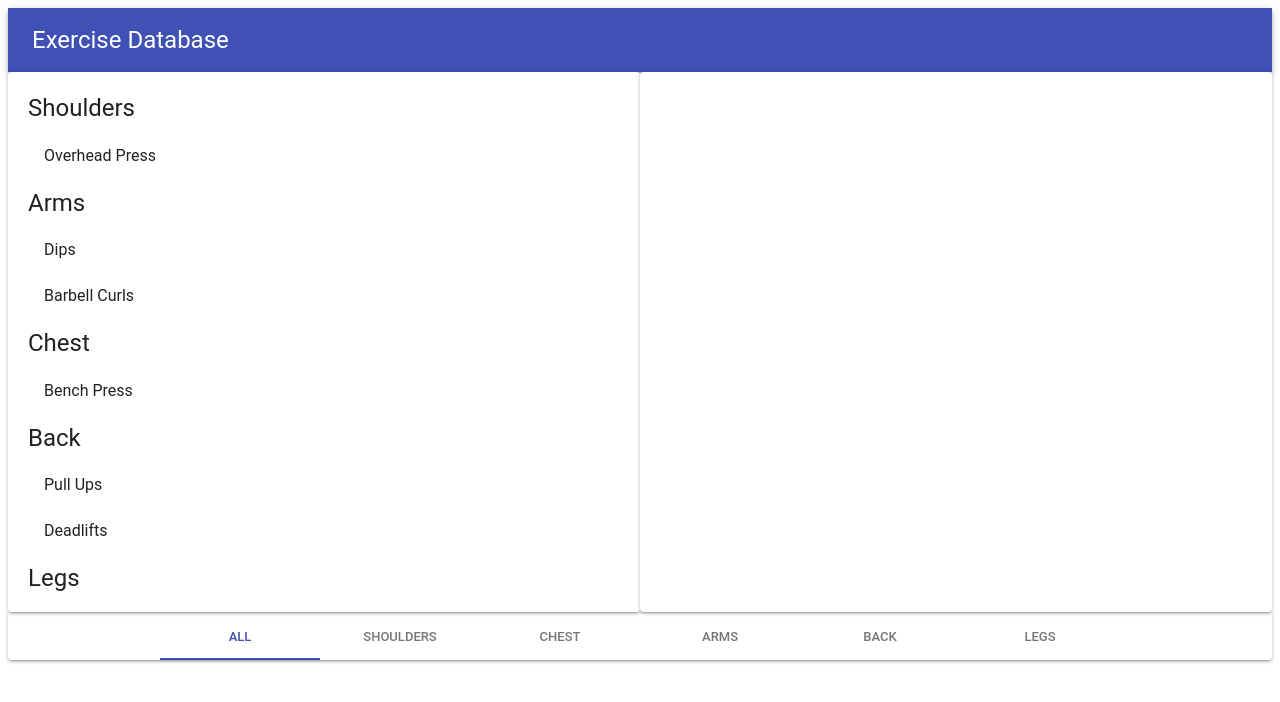
Repository: Votex874/material-ui
Page: /
The author's editor kept a copy of each file at every save. The page is drawn from the files as they stood at one save, then again after the next save.
The browser window is 1280 px wide. The pictures show the whole page.
An inner scrolling area shows only its first screen. The project was rebuilt for these pictures with package versions that can differ from the ones it lists, and the page was loaded fresh each time.

Above is the page before, as saved 2019-03-24 14:17:36.

### src/index.js
import React from 'react';
import ReactDOM from 'react-dom';
import App from './Components/App';
import * as serviceWorker from './serviceWorker';

ReactDOM.render(<App />, document.getElementById('root'));

// If you want your app to work offline and load faster, you can change
// unregister() to register() below. Note this comes with some pitfalls.
// Learn more about service workers: https://bit.ly/CRA-PWA
serviceWorker.unregister();

### src/Components/App.js
import React, { Component, Fragment } from 'react';
import { Header, Footer } from './Layouts/index'
import Excersises from './Exercises/index'
import { muscles, exercises } from '../store'

class App extends Component {
  state = {
    exercises,
    exercise: {}
  }

  getExercisesByMuscles = () => {
    return Object.entries(
      this.state.exercises.reduce((exercises, exercise) => {
      const { muscles } = exercise

      exercises[muscles] = exercises[muscles] ? [...exercises[muscles], exercise] : [exercise]

      return exercises
    }, {})
    )
  }

  handleCategorySelected = category => {
    this.setState({
      category
    })
  }

  handleExerciseSelected = id => {
    this.setState(({ exercises}) => ({
      exercise: exercises.find(ex => ex.id === id)
    }))
  }

  render() {
    const exercises = this.getExercisesByMuscles(),
    { category, exercise } = this.state
    return (
      <Fragment>
        <Header />
        <Excersises
        exercise={exercise}
          category={category}
          exercises={exercises}
          onSelect={this.handleExerciseSelected}
        />
        <Footer
          category={category}
          muscles={muscles}
          onSelect={this.handleCategorySelected}
          />
      </Fragment>
    );
  }
}

export default App;

### src/Components/Layouts/index.js
import Header from './Header'
import Footer from './Footer'

export {
  Header, Footer
}

### src/Components/Exercises/index.js
import React, { Fragment } from 'react'
import { Grid, Paper, Typography, ListItem, ListItemText, List } from '@material-ui/core'

const style = {
  Paper: {
    padding: 20,
    margin: '20 0 20 0',
    height: 500,
    overflowY: 'auto'
  },
}

export default ({
  exercises, category, onSelect,
  exercise: {
    id,
    title = 'Welcome!',
    description = 'Please select an exercise from the list on the left' }
  }) =>
  <Grid container>
    <Grid item sm>
      <Paper style={style.Paper}>
        {exercises.map(([group, exercises], i) => {
          return !category || category === group
            ? (
              <Fragment key={i}>
                <Typography
                  key={i}
                  variant='headline'
                  style={{ textTransform: 'capitalize' }}
                >
                  {group}
                </Typography>
                <List component="ul" >
                  {exercises.map(({ id, title }, i) => {
                    return (
                      <ListItem key={i} button>
                        <ListItemText
                          onClick={() => onSelect(id)}
                          primary={title} />
                      </ListItem>
                    )
                  })}
                </List>
              </Fragment>
            )
          : null
          })}
      </Paper>
    </Grid>
    <Grid item sm>
      <Paper style={style.Paper}>
        <Typography
          variant='display1'
        >

        </Typography>
        <Typography
          variant='subheading'
          style={{marginTop: 20}}
        ></Typography>
      </Paper>
    </Grid>
  </Grid>

### src/store.js
export const muscles = [
  'shoulders', 'chest', 'arms', 'back', 'legs'
]

export const exercises = [
  {
    id: 'overhead-press',
    title: 'Overhead Press',
    description: 'Delts exercise...',
    muscles: 'shoulders'
  },
  {
    id: 'dips',
    title: 'Dips',
    description: 'Triceps exercise...',
    muscles: 'arms'
  },
  {
    id: 'barbell-curls',
    title: 'Barbell Curls',
    description: 'Biceps exercise...',
    muscles: 'arms'
  },
  {
    'id': 'bench-press',
    title: 'Bench Press',
    description: 'Chest exercise...',
    muscles: 'chest'
  },
  {
    id: 'pull-ups',
    title: 'Pull Ups',
    description: 'Back and biceps exercise...',
    muscles: 'back'
  },
  {
    id: 'deadlifts',
    title: 'Deadlifts',
    description: 'Back and leg exercise...',
    muscles: 'back'
  },
  {
    id: 'squats',
    title: 'Squats',
    description: 'Legs exercise...',
    muscles: 'legs'
  },
]

### src/Components/Layouts/Header.js
import React from 'react';
import { AppBar, Toolbar, Typography } from '@material-ui/core'


const Header = props => {
  return (
    <AppBar position="static">
      <Toolbar>
        <Typography variant="headline" color="inherit">Exercise Database</Typography>
      </Toolbar>
    </AppBar>
  );
}

export default Header

### src/Components/Layouts/Footer.js
import React from 'react';
import { Paper, Tabs, Tab } from '@material-ui/core'
import { muscles } from '../../store';

const Footer = ({ muscles, onSelect, category }) => {
  const index = category
  ? muscles.findIndex(group => group === category) + 1
  : 0

  const onIndexSelect = (e, index) =>
    onSelect(index === 0 ? '' : muscles[index - 1])

  return (
    <Paper>
      <Tabs
        value={index}
        onChange={onIndexSelect}
        indicatorColor="primary"
        textColor="primary"
        centered
      > <Tab label='All' />
        {muscles.map( (group, i) => {
          return <Tab key={i} label={group} />
        })}
      </Tabs>
    </Paper>
  );
}

export default Footer

Loaded but not shown: public/index.html (common file); src/serviceWorker.js (common file)

After the next save:
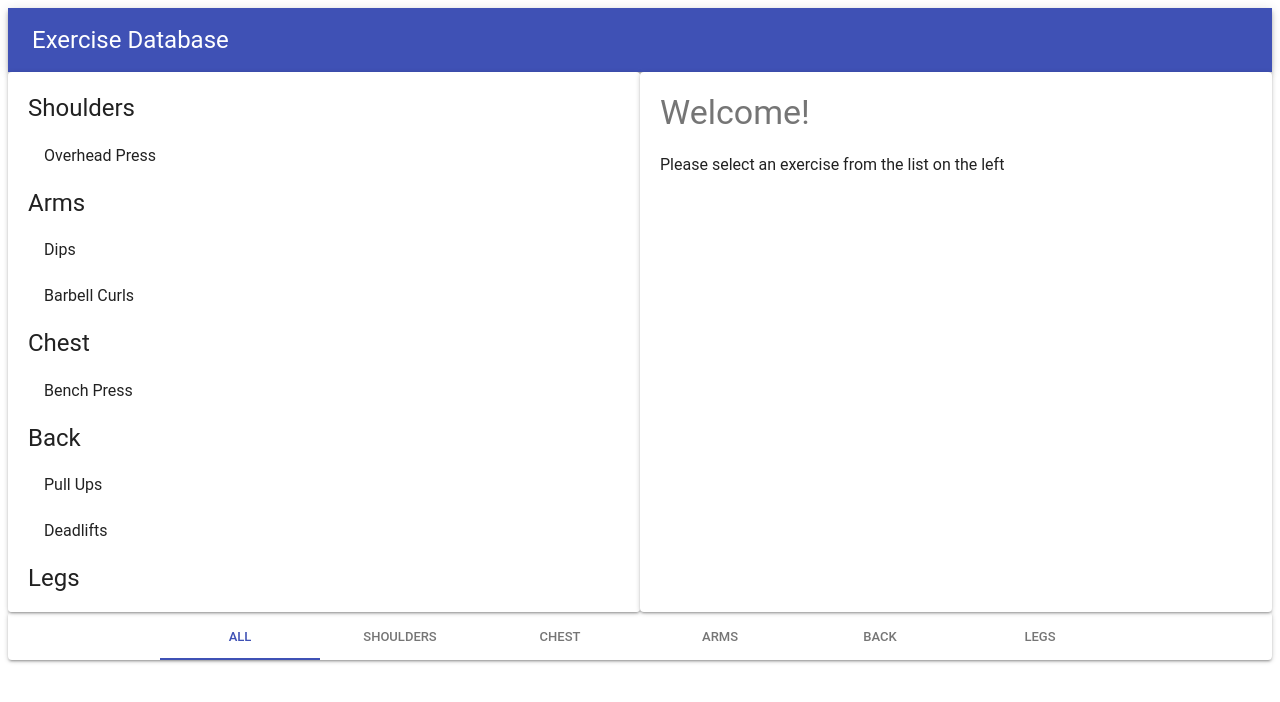
Saved 22 s later.
--- a/src/Components/Exercises/index.js
+++ b/src/Components/Exercises/index.js
@@ -53,12 +53,12 @@ export default ({
         <Typography
           variant='display1'
         >
-
+          {title}
         </Typography>
         <Typography
           variant='subheading'
           style={{marginTop: 20}}
-        ></Typography>
+        >{description}</Typography>
       </Paper>
     </Grid>
   </Grid>
